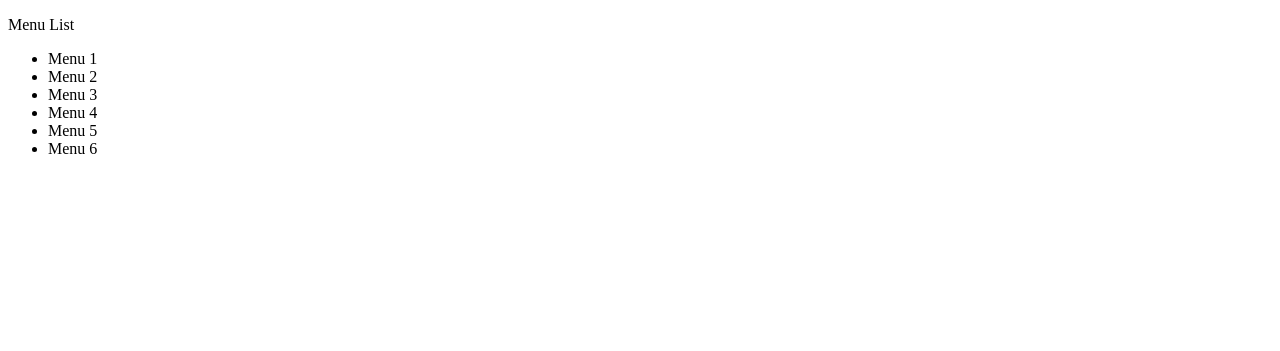
Repository: HyeogDo/Study_Java
Page: JSP/HTML/src/main/webapp/Lec04.html
An editor plug-in stored every save of this project. The page is shown before and after the next save, followed by the edit.
The browser window is 1280 px wide. The pictures show the whole page.

Above is the page before, as saved 2022-03-15 02:46:55.

### JSP/HTML/src/main/webapp/Lec04.html
<!DOCTYPE html>
<html>
	<head>
		<meta charset="UTF-8">
		<title>Title</title>
	</head>
	<body>
		<p>Menu List</p>
		<ul>
			<li>Menu 1</li>
			<li>Menu 2</li>
			<li>Menu 3</li>
			<li>Menu 4</li>
			<li>Menu 5</li>
			<li>Menu 6</li>
		</ul>
	</body>
</html>

After the next save:
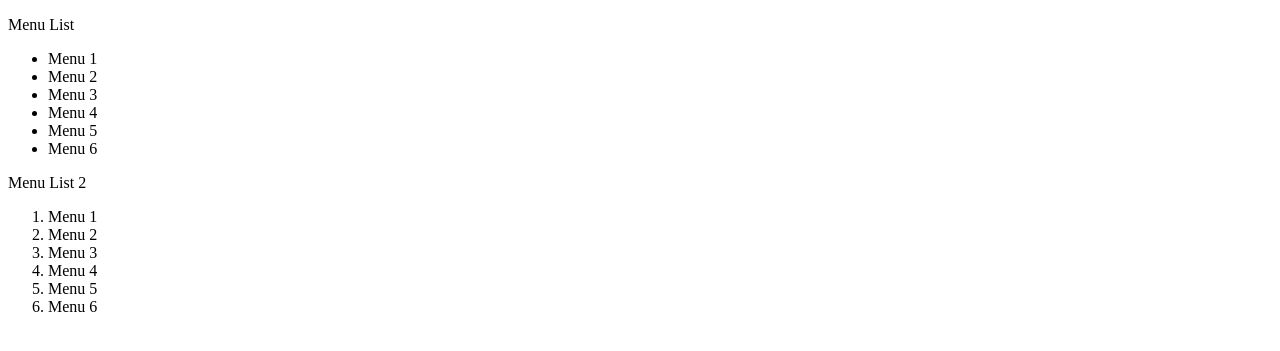
Saved 110 s later.
--- a/JSP/HTML/src/main/webapp/Lec04.html
+++ b/JSP/HTML/src/main/webapp/Lec04.html
@@ -14,5 +14,15 @@
 			<li>Menu 5</li>
 			<li>Menu 6</li>
 		</ul>
+
+		<p>Menu List 2</p>
+		<ol>
+			<li>Menu 1</li>
+			<li>Menu 2</li>
+			<li>Menu 3</li>
+			<li>Menu 4</li>
+			<li>Menu 5</li>
+			<li>Menu 6</li>
+		</ol>
 	</body>
 </html>
